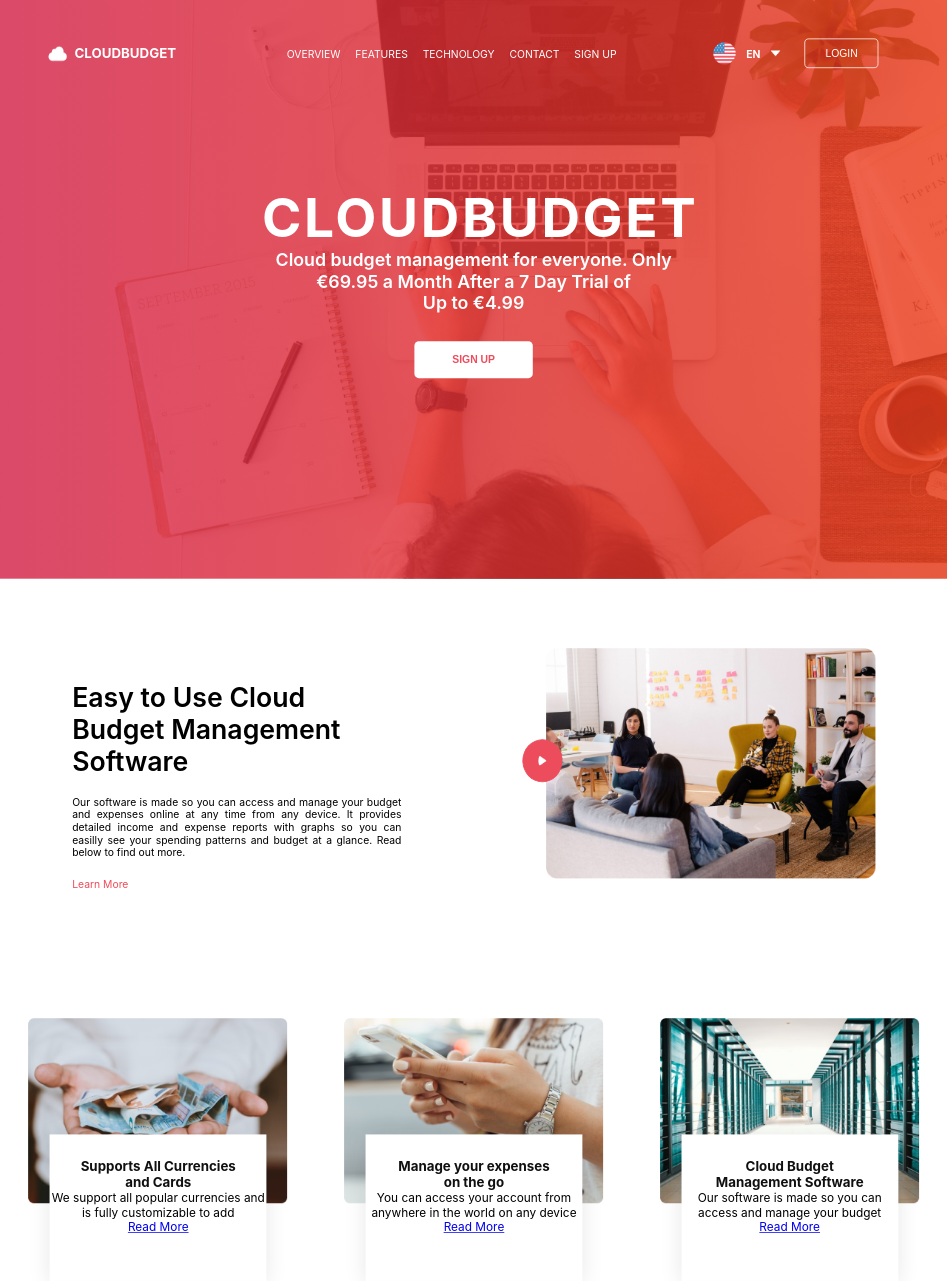
Repository: Ola-22/cloudBudget
Page: /
An editor plug-in stored every save of this project. The page is shown before and after the next save, followed by the edit.
The browser window is 1280 px wide. The pictures show the whole page, at 74% of full size.
The project was rebuilt for these pictures with package versions that can differ from the ones it lists, and the page was loaded fresh each time.

Above is the page before, as saved 2021-09-13 13:19:14.

After the next save:
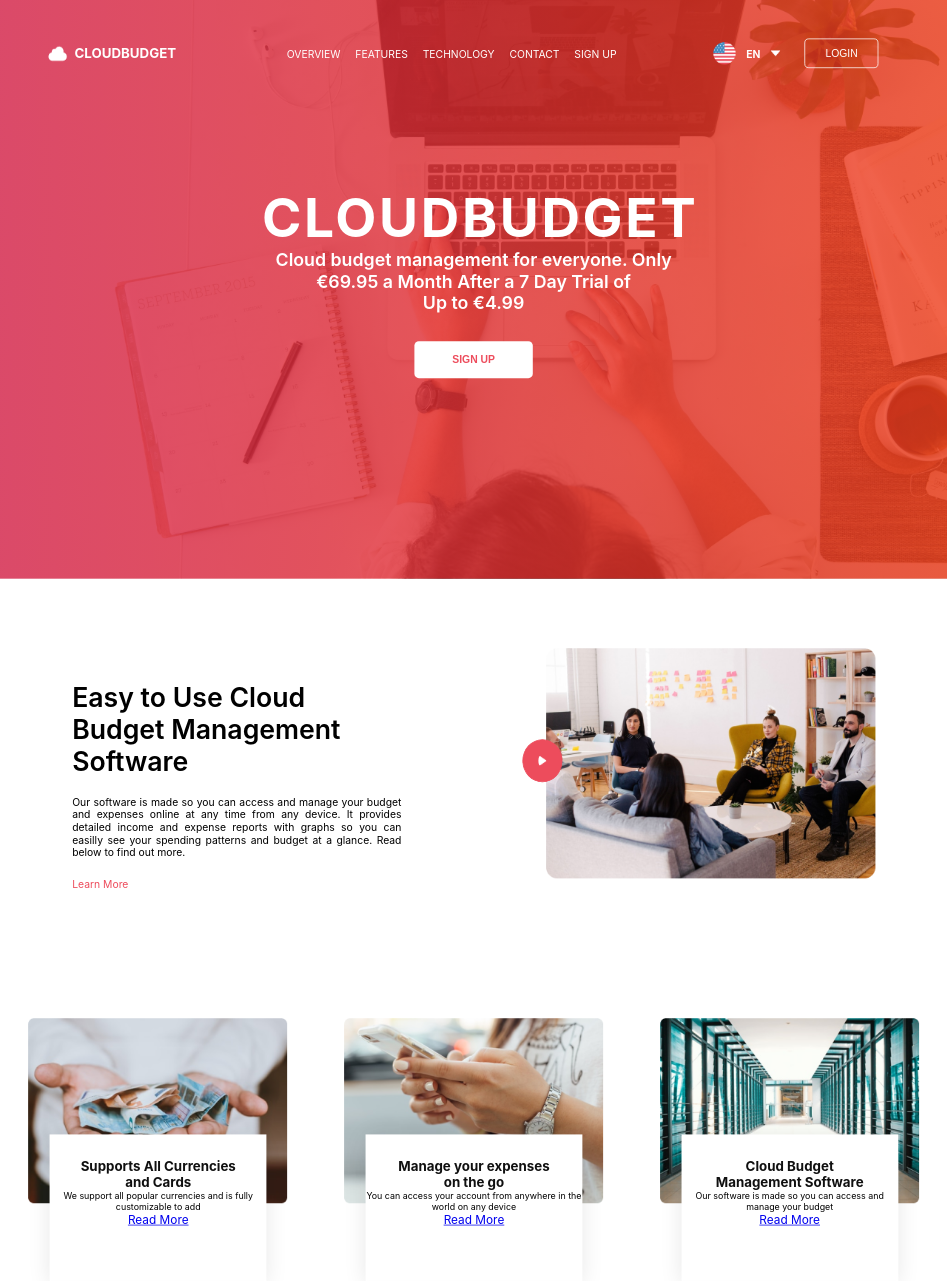
Saved 50 s later.
--- a/src/Components/Features/FeaturesCard/style.scss
+++ b/src/Components/Features/FeaturesCard/style.scss
@@ -22,5 +22,8 @@
       color: #101010;
       width: 229px;
     }
+    & > p{
+      font-size: 12px;
+    }
   }
 }
